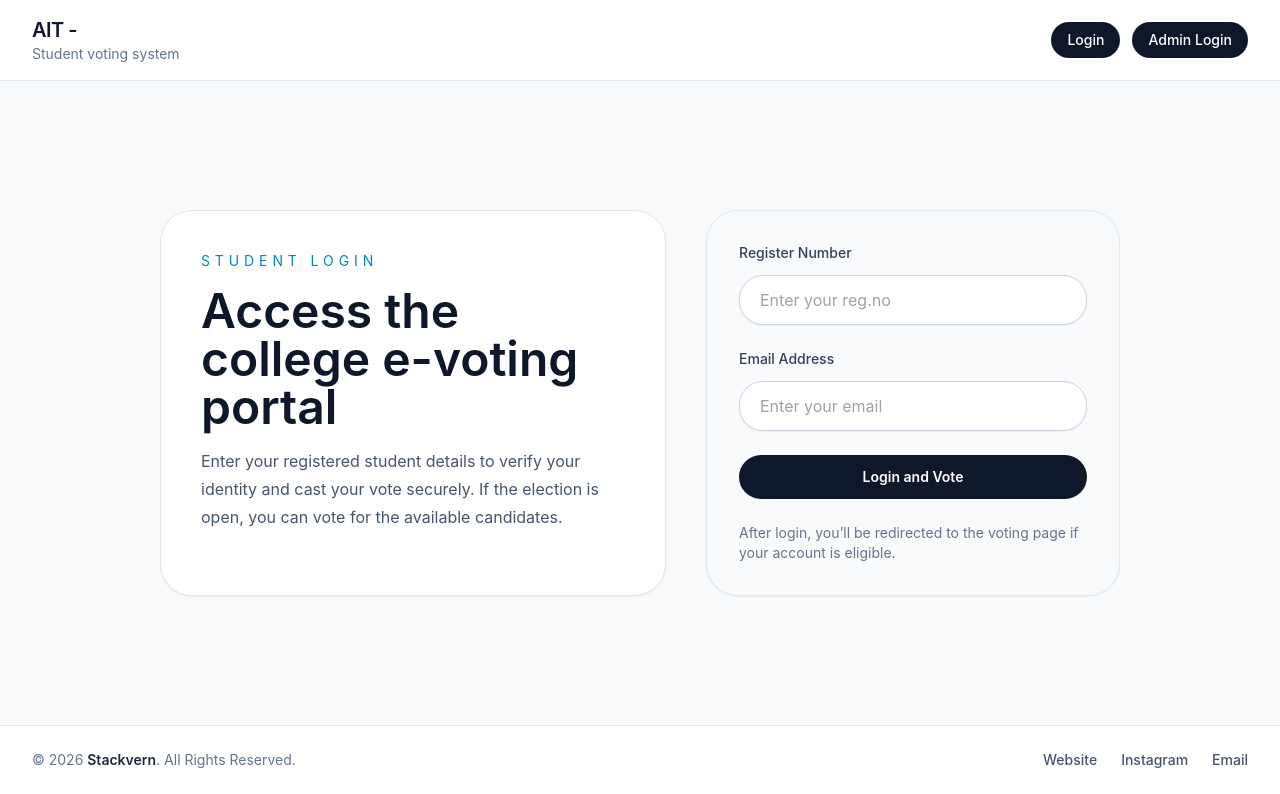
Repository: stackvern/college-evoting
Page: / (app in client/)
The author's editor kept a copy of each file at every save. The page is drawn from the files as they stood at one save, then again after a run of saves.
The browser window is 1280 px wide. The pictures show the whole page.
The project was rebuilt for these pictures with package versions that can differ from the ones it lists, and the page was loaded fresh each time. Also part of the build but not shown: client/vite.config.js, client/src/components/ProtectedRoute.jsx, client/src/components/AdminProtectedRoute.jsx, client/src/pages/VotePage.jsx, client/src/pages/ResultPage.jsx, client/src/pages/AdminLoginPage.jsx, client/src/pages/AdminDashboard.jsx.

Above is the page before, as saved 2026-07-19 18:44:50.

After the next 4 saves:
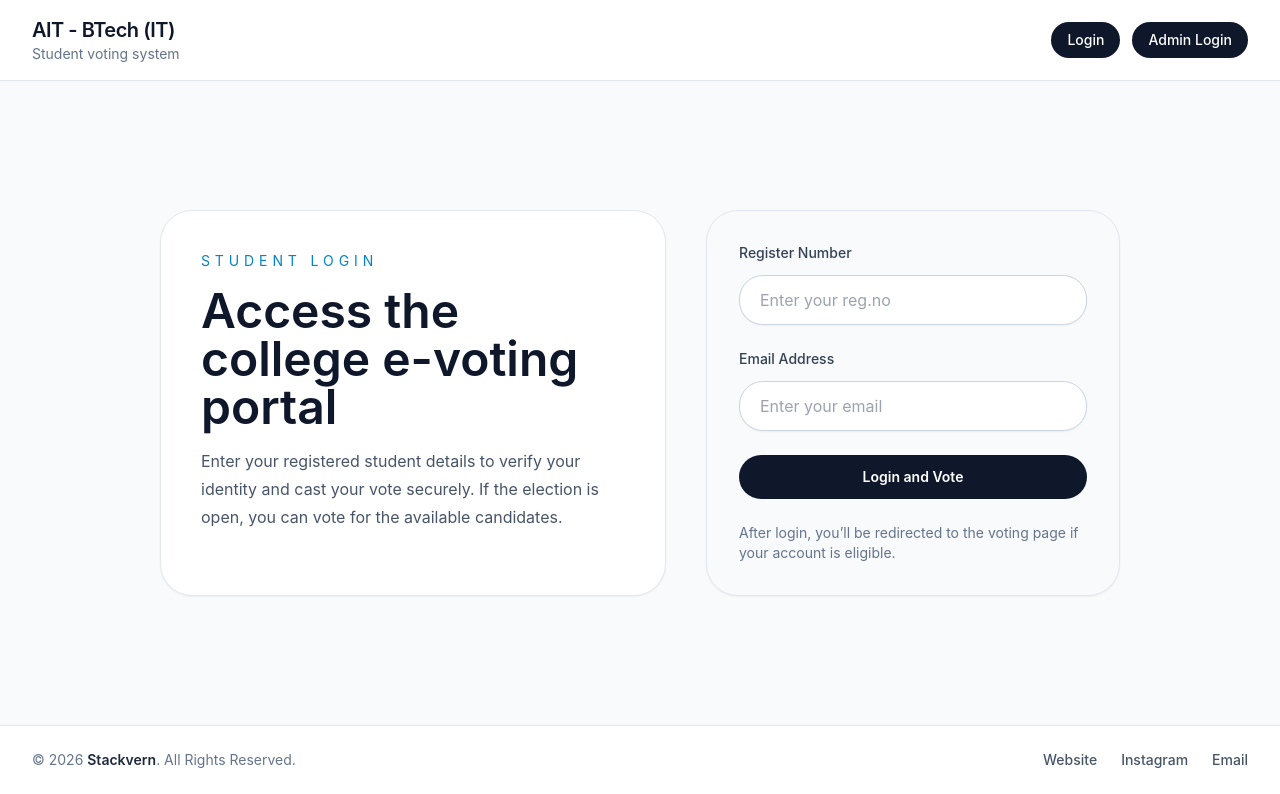
The 4 saves are shown as one change because they came seconds apart.
The last was saved 12 s later.
--- a/client/src/components/Layout.jsx
+++ b/client/src/components/Layout.jsx
@@ -26,7 +26,7 @@ const Layout = () => {
         <div className="mx-auto flex max-w-7xl items-center justify-between px-4 py-4 sm:px-6 lg:px-8">
           <div>
             <Link to="/" className="text-xl font-semibold tracking-tight text-slate-900">
-              AIT -
+              AIT - BTech (IT)
             </Link>
             <p className="text-sm text-slate-500">Student voting system</p>
           </div>
